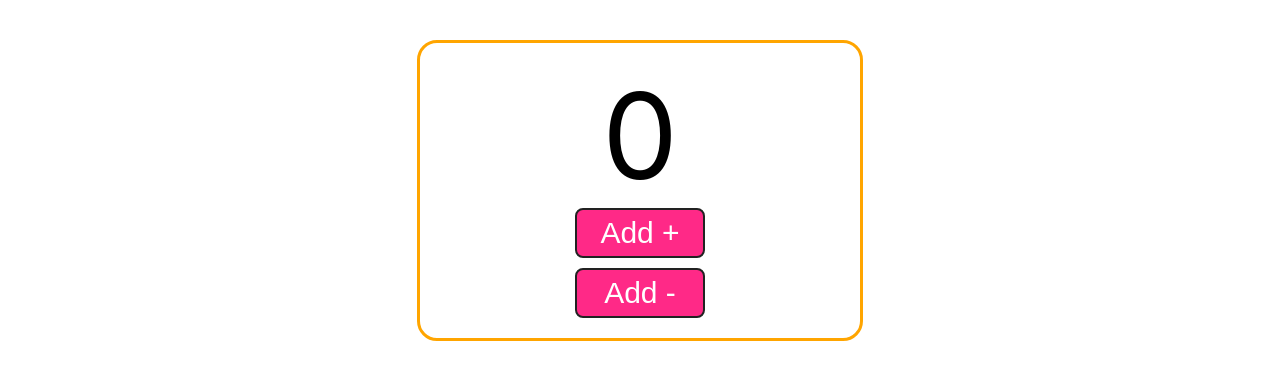
Repository: dnjfht/css-example
Page: /
These files come from the project's save history. The page is drawn as it stood at one moment and after the next save; the edit follows.
The browser window is 1280 px wide. The pictures show the whole page.
The project was rebuilt for these pictures with package versions that can differ from the ones it lists, and the page was loaded fresh each time.

Above is the page before, as saved 2023-05-09 18:50:51.

After the next save:
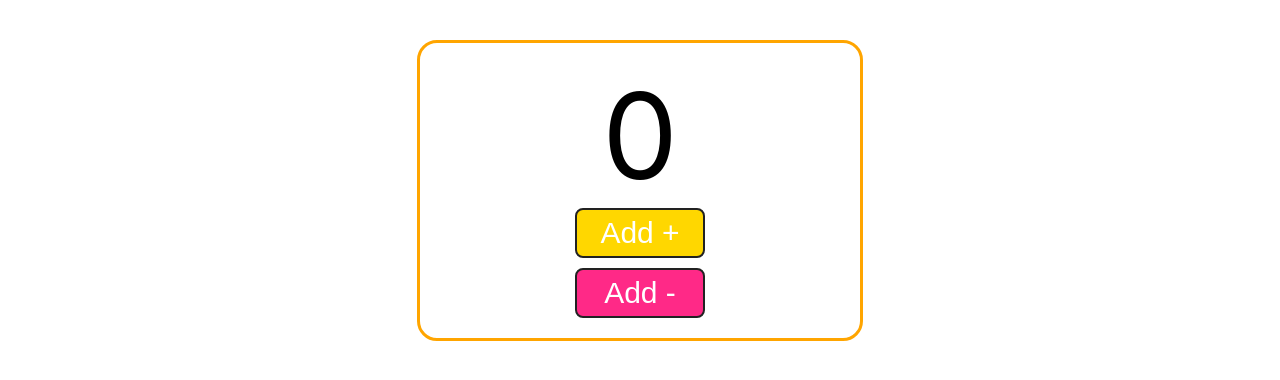
Saved 70 s later.
--- a/src/components/Counter.jsx
+++ b/src/components/Counter.jsx
@@ -28,7 +28,7 @@ export default function Counter({ count, setCount }) {
           width: 130,
           padding: "6px 16px",
           boxSizing: "border-box",
-          backgroundColor: "#ff2987",
+          backgroundColor: "gold",
           border: "2px solid #222",
           borderRadius: 8,
           fontSize: 30,
